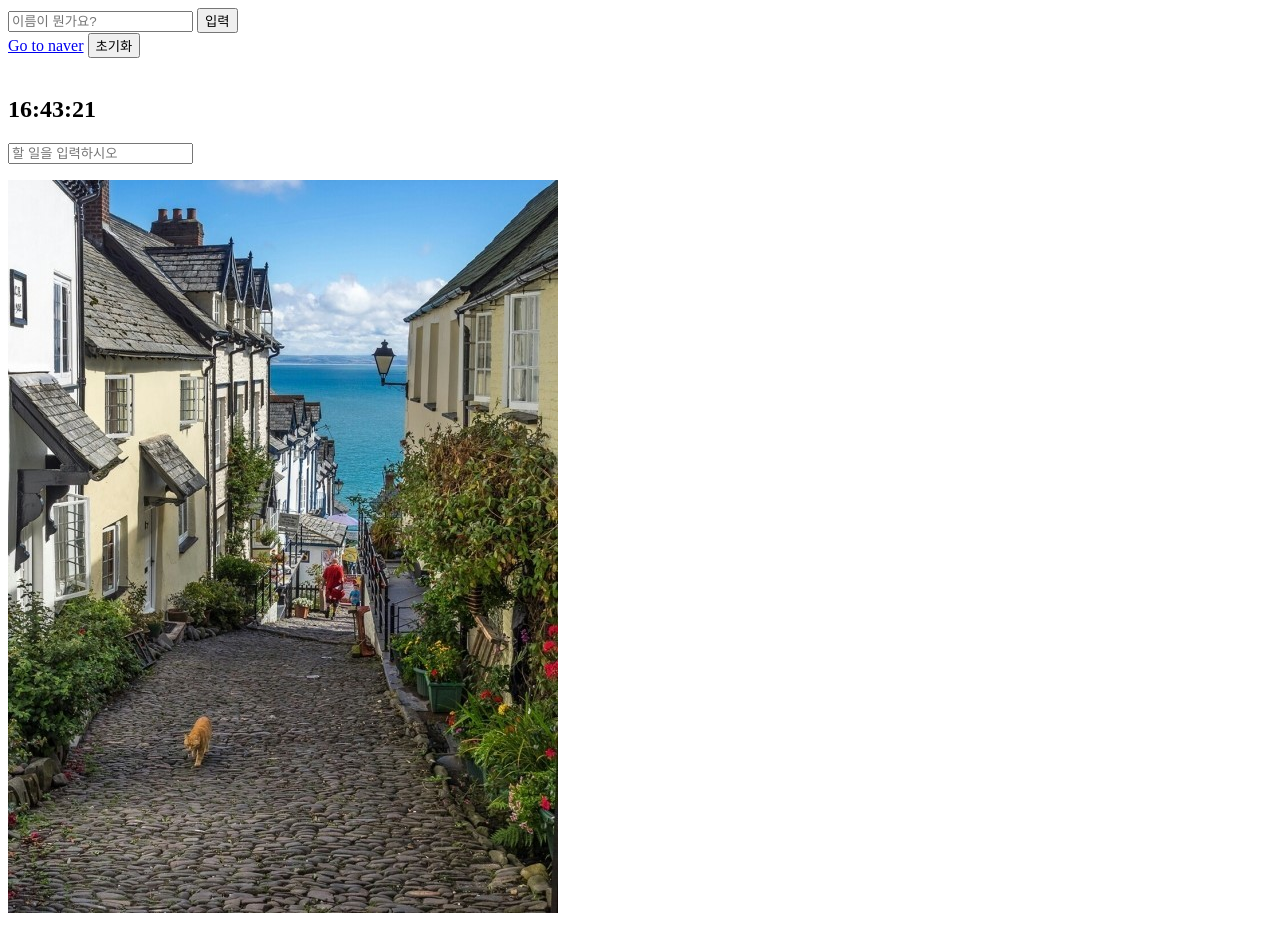
Repository: jun01270/F-E-practice
Page: index.html
An editor plug-in stored every save of this project. The page is shown before and after the next save, followed by the edit.
The browser window is 1280 px wide. The pictures show the whole page.

Above is the page before, as saved 2022-12-27 13:59:31.

After the next save:
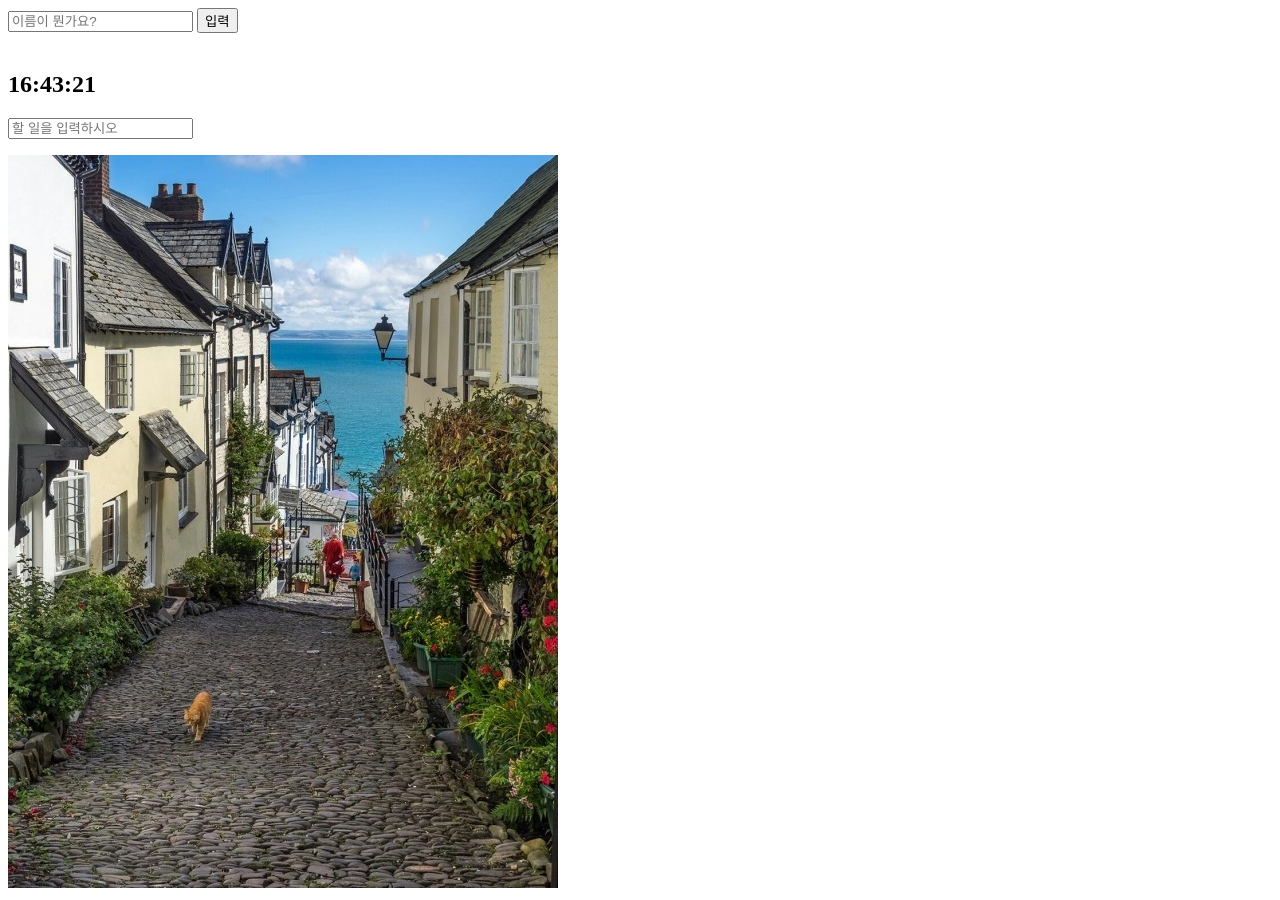
Console error: TypeError: Cannot read properties of null (reading 'addEventListener')
Saved 13 days later.
--- a/index.html
+++ b/index.html
@@ -12,11 +12,6 @@
       <input required type="text" placeholder="이름이 뭔가요?" />
       <input type="submit" value="입력" />
     </form>
-    <div>
-      <a href="https://naver.com">Go to naver</a>
-      <h1 id="result" class="hidden"></h1>
-      <button class="boom">초기화</button>
-    </div>
     <br />
     <h2 id="clock">00:00:00</h2>
     <form id="todo-form">
